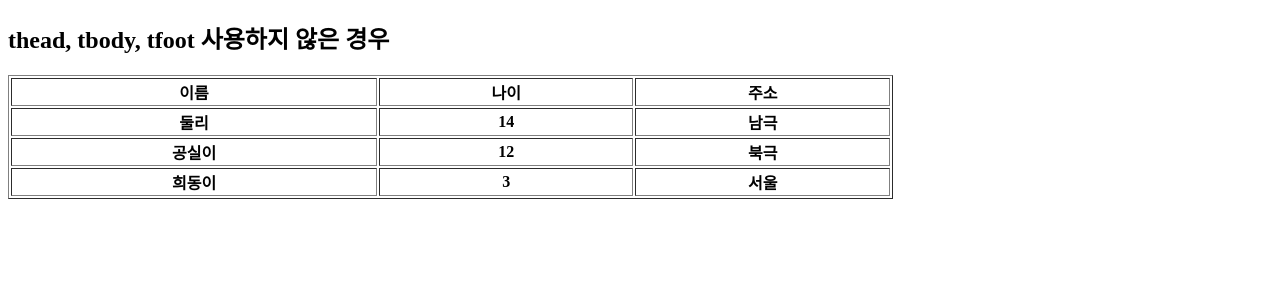
Repository: claddds/2023_webstudy
Page: 01_html/src/main/webapp/day02/ex09_table.html
These files come from the project's save history. The page is drawn as it stood at one moment and after the next save; the edit follows.
The browser window is 1280 px wide. The pictures show the whole page.

Above is the page before, as saved 2023-06-20 03:58:30.

### 01_html/src/main/webapp/day02/ex09_table.html
<!DOCTYPE html>
<html>
<head>
<meta charset="UTF-8">
<title>table: 테이블(표)</title>
</head>
<body>
	<!--
		table 태그 안에 존재하는 태그들
		- thead 태그: 테이블의 머리글, 생략가능
		- tbody 태그: 테이블 본문
		- tfoot 태그: 테이블의 꼬리글, 생략가능


			-- tr 태그: 행
				--- th 태그: 행 안에 존재하는 컬럼(굵게, 가운데 정렬이 된다.)
				--- td 태그: 행 안에 존재하는 컬럼

				테이블 태그에 테두리를 지정하지 않으면 나타나지 않음
				보통 style을 지정해서 테이블 테두리를 만든다.
	-->
	<h2>thead, tbody, tfoot 사용하지 않은 경우</h2>
	<!-- style="width: 70%" : 전체화면의 70% -->
	<table style="width: 70%" border="1px">
		<tr>
			<th>이름</th><th>나이</th><th>주소</th>
		</tr>
		<tr>
			<th>둘리</th><th>14</th><th>남극</th>
		</tr>
		<tr>
			<th>공실이</th><th>12</th><th>북극</th>
		</tr>
		<tr>
			<th>희동이</th><th>3</th><th>서울</th>
		</tr>
	</table>

</body>
</html>

After the next save:
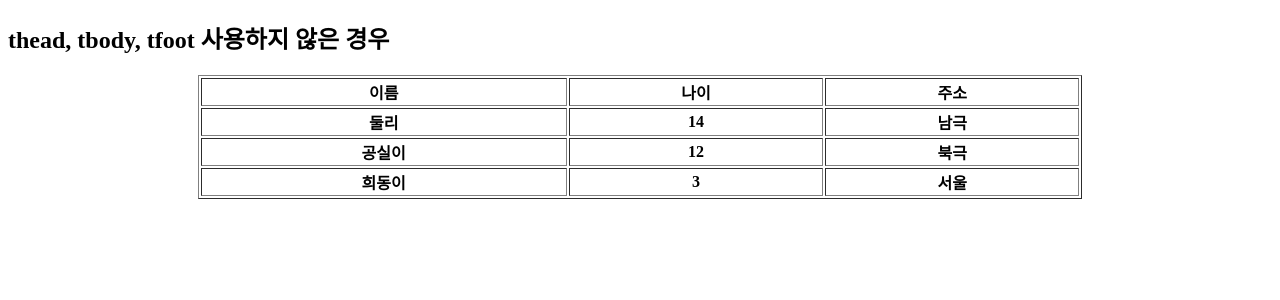
Saved 42 s later.
--- a/01_html/src/main/webapp/day02/ex09_table.html
+++ b/01_html/src/main/webapp/day02/ex09_table.html
@@ -21,7 +21,7 @@
 	-->
 	<h2>thead, tbody, tfoot 사용하지 않은 경우</h2>
 	<!-- style="width: 70%" : 전체화면의 70% -->
-	<table style="width: 70%" border="1px">
+	<table style="width: 70%; margin:0 auto" border="1px">
 		<tr>
 			<th>이름</th><th>나이</th><th>주소</th>
 		</tr>
